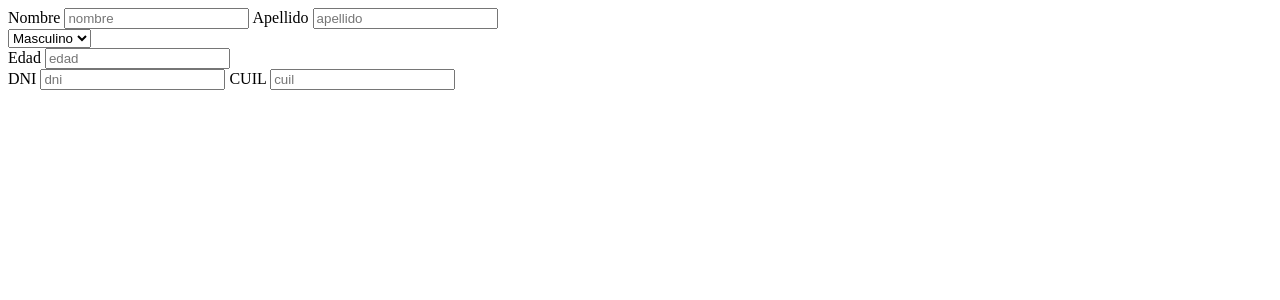
Repository: oskiman18/TP-Final
Page: http://localhost/Tp_integrador_grupo_2/perfil.jsp
These files come from the project's save history. The page is drawn as it stood at one moment and after the next save; the edit follows.
The browser window is 1280 px wide. The pictures show the whole page.
The page is served by Tomcat 9.

Above is the page before, as saved 2021-06-23 16:22:02.

After the next save:
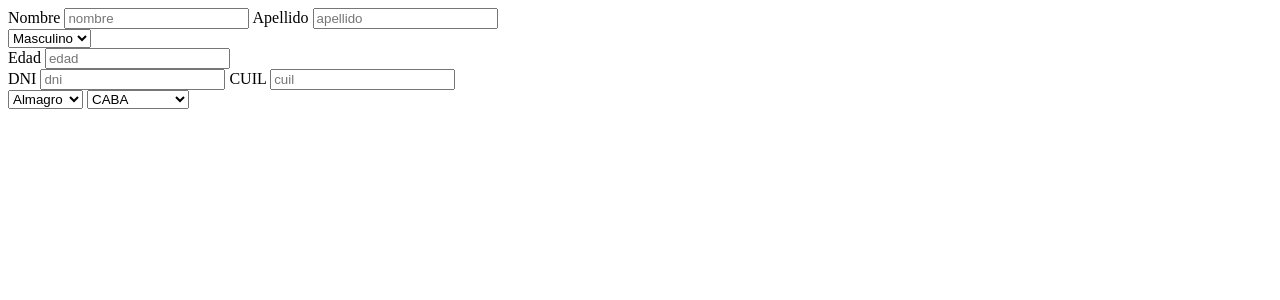
Saved 2 min 43 s later.
--- a/Tp_integrador_grupo_2/src/main/webapp/perfil.jsp
+++ b/Tp_integrador_grupo_2/src/main/webapp/perfil.jsp
@@ -38,6 +38,18 @@
 				<input name='cuil' type='number' placeholder='cuil'>
 			</div>
 
+			<div>
+				<select>
+					<option value='1'>Almagro</option>
+					<option value='2'> Atacama </option>
+					<option value='3'> Boedo </option>
+				</select>
+				<select>
+					<option value='1'> CABA </option>
+					<option value='2'> Buenos Aires </option>
+				</select>
+			</div>
+
 		</form>
 	</body>
 
